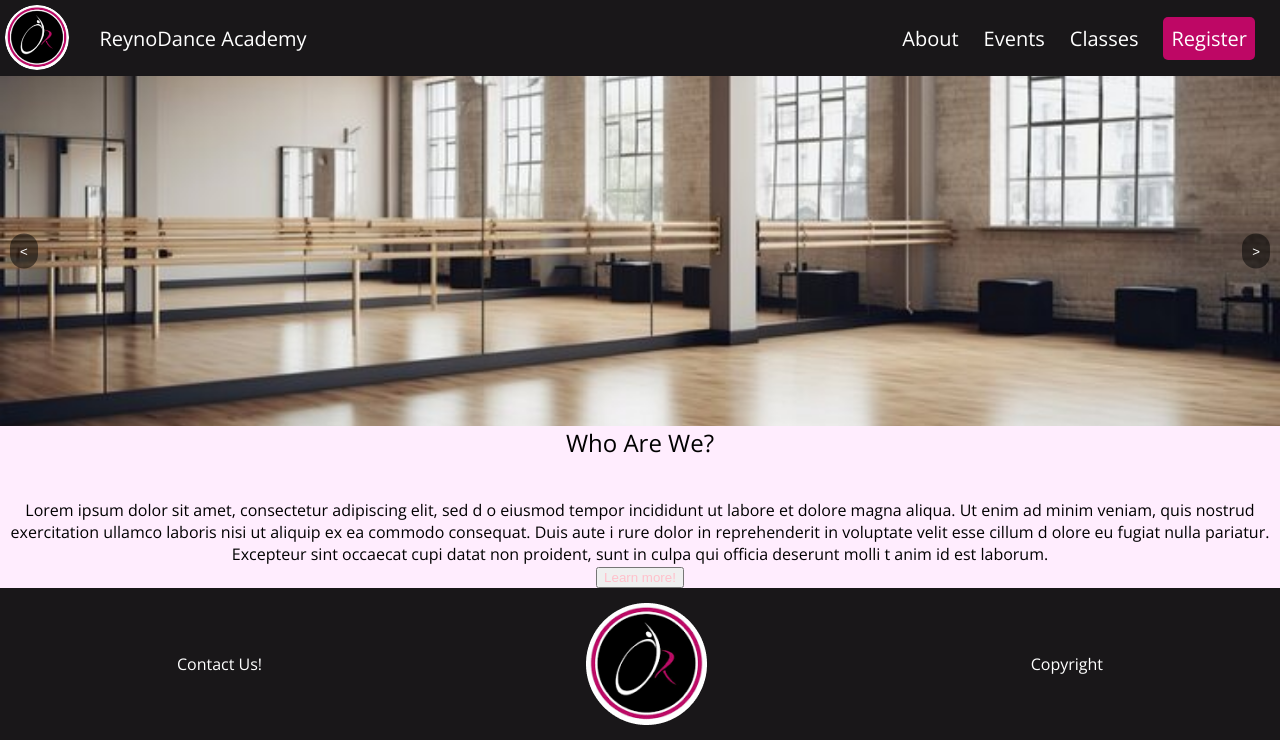
Repository: andreaelpz/reynodance-academy
Page: /
An editor plug-in stored every save of this project. The page is shown before and after a run of saves, followed by the edit.
The browser window is 1280 px wide. The pictures show the whole page.
The project was rebuilt for these pictures with package versions that can differ from the ones it lists, and the page was loaded fresh each time. Also part of the build but not shown: angular.json, src/app/about/about.component.ts, src/app/classes/classes.component.ts, src/app/events/events.component.ts, src/app/user/sign-in/sign-in.component.ts, src/app/dashboard/dashboard.component.ts, src/app/user/register/register.component.ts, src/app/login/login.component.ts.

Above is the page before, as saved 2024-11-19 23:04:15.

After the next 3 saves:
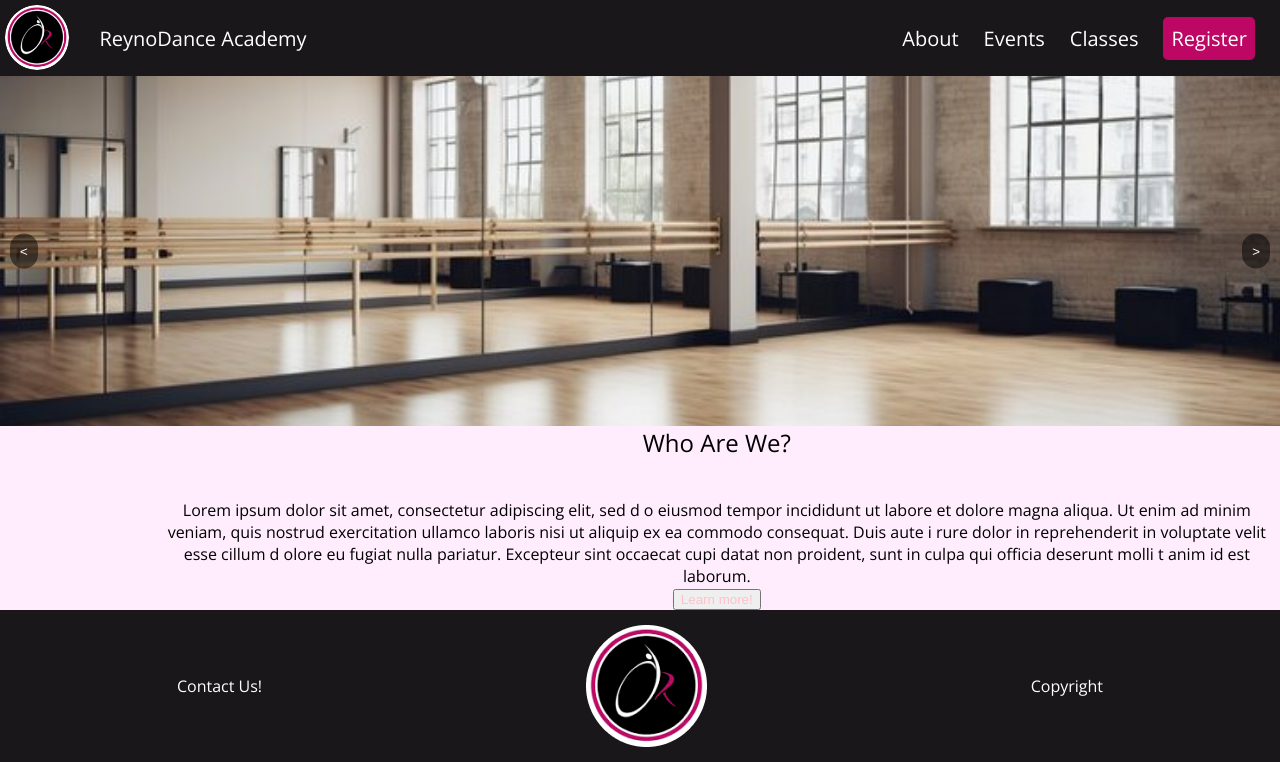
The 3 saves are shown as one change because they came seconds apart.
The last was saved 9 s later.
--- a/src/app/home/home.component.css
+++ b/src/app/home/home.component.css
@@ -44,7 +44,8 @@ img {
   flex-direction: column;
   justify-content: center;
   align-items: center;
-  pa
+  margin-left: 12%;
+
 }
 
 .title{
